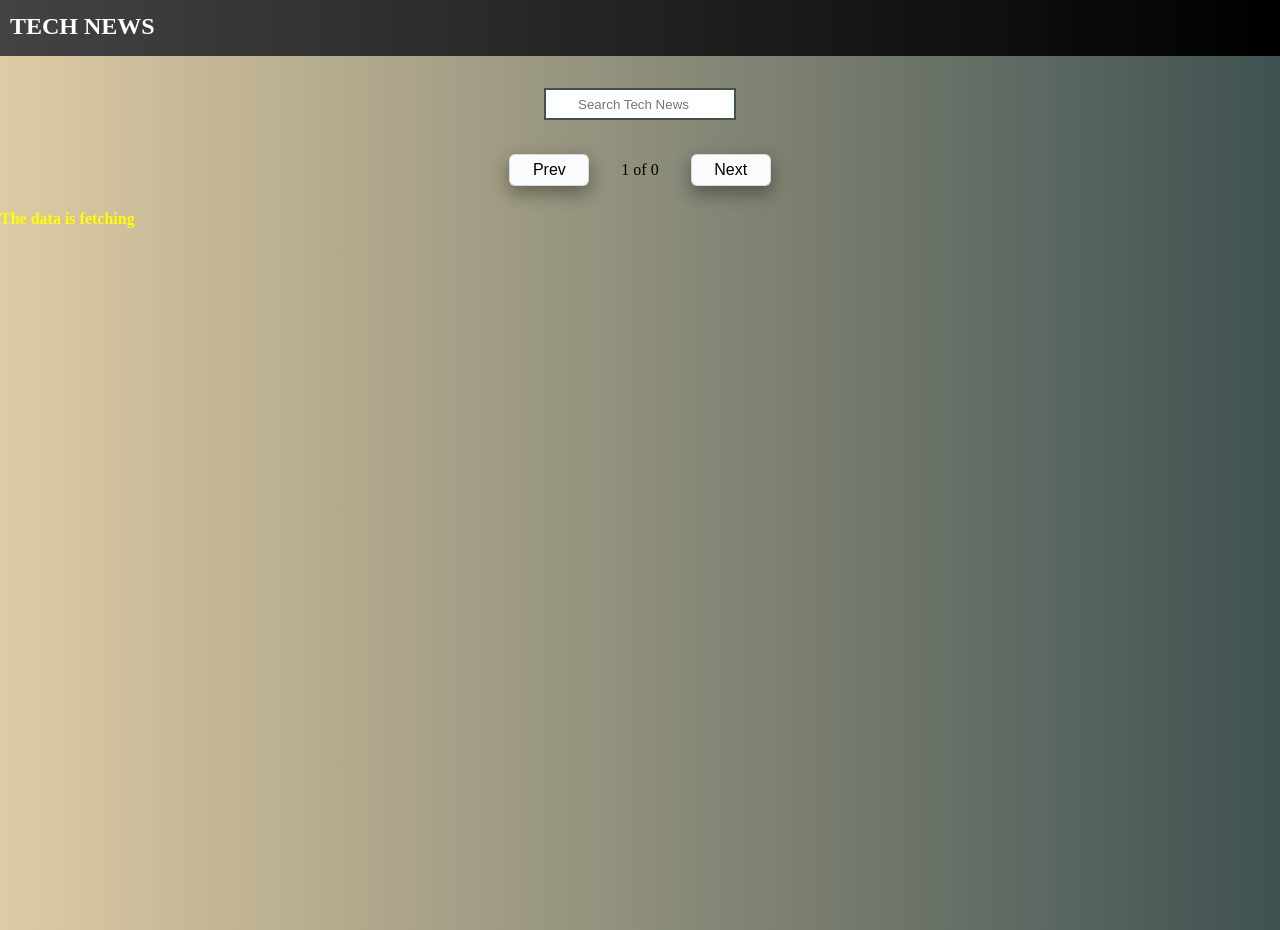
Repository: suraj-yadav7/TechNews
Page: /
The author's editor kept a copy of each file at every save. The page is drawn from the files as they stood at one save, then again after the next save.
The browser window is 1280 px wide. The pictures show the whole page.
The page's requests for data from a server got no answer. Some web fonts or font styles are not loaded; a fallback is used. The project was rebuilt for these pictures with package versions that can differ from the ones it lists, and the page was loaded fresh each time. No one was signed in, and anything a server would have sent is missing.

Above is the page before, as saved 2023-04-28 11:12:26.

After the next save:
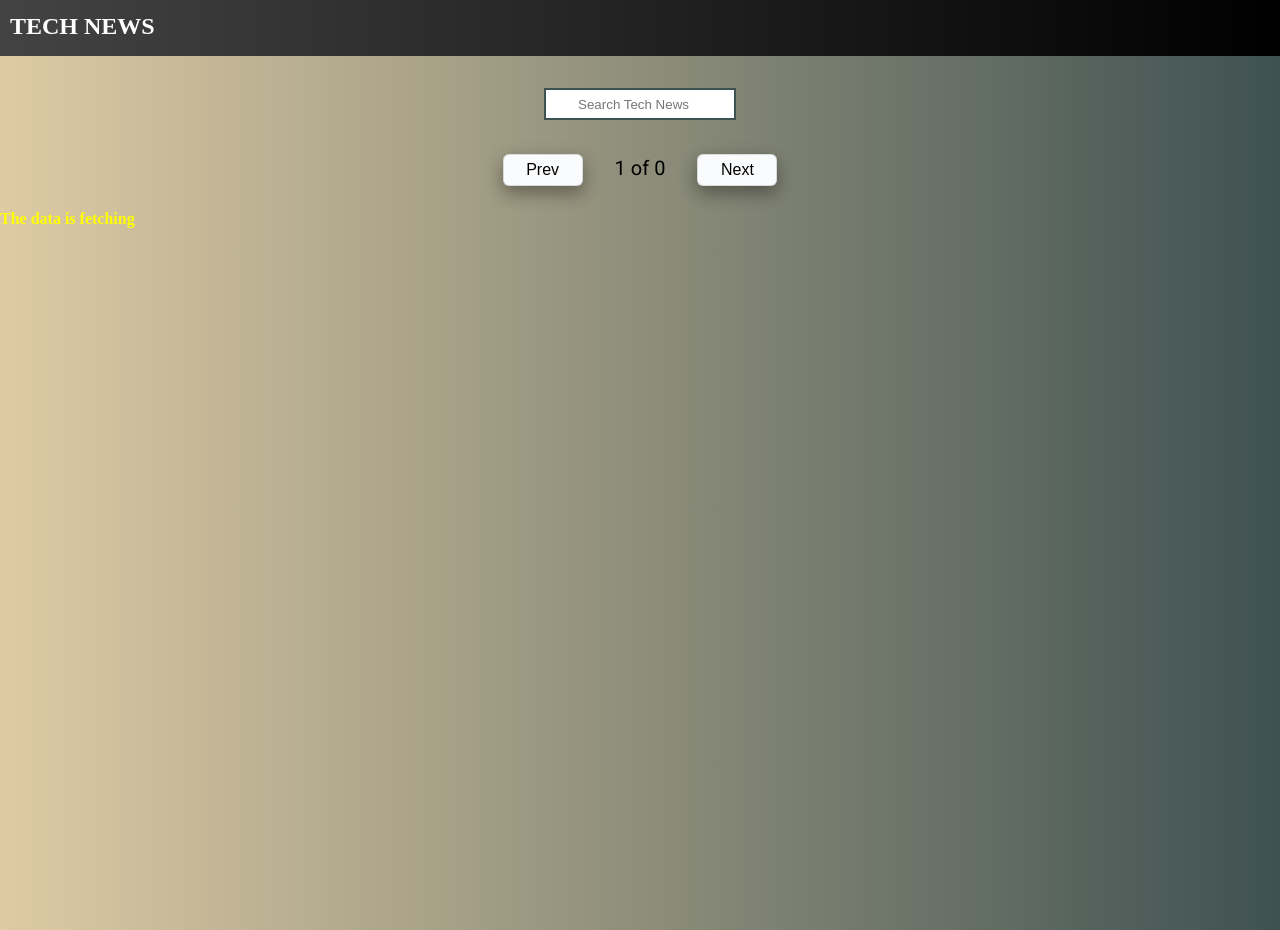
Saved 58 s later.
--- a/src/App.css
+++ b/src/App.css
@@ -29,6 +29,7 @@
   justify-content: center;
   gap:10px;
   background-image: linear-gradient(to right, #DECBA4, #3E5151);
+  font: 400 20px "Roboto";
 
 }
 .searchInput{
